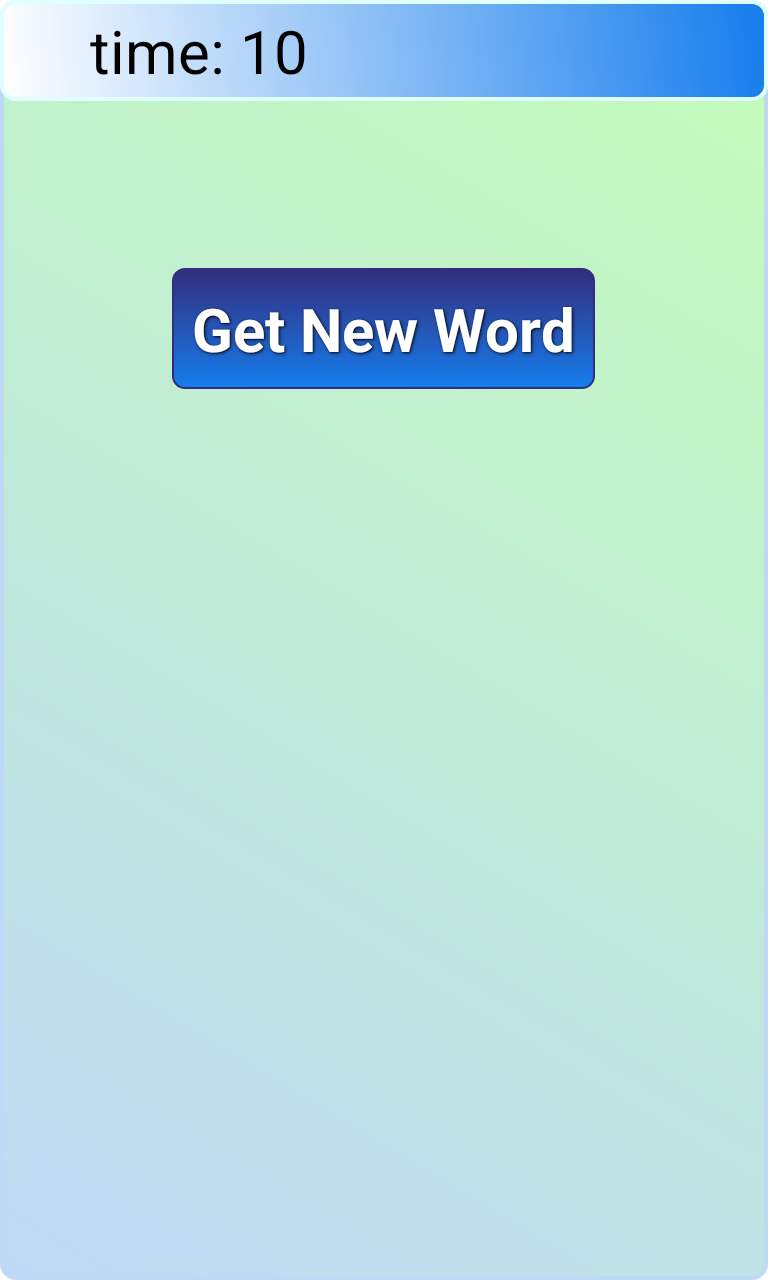
Repository: tvergilio/android
Layout: GoogleItDb/res/layout/activity_main.xml
An editor plug-in stored every save of this project. The layout is shown before and after the next save, followed by the edit.
It is drawn on a 768 x 1280 px phone screen (xhdpi) without system bars, with theme AppTheme; the app's code is not run. Lists and similar views that code fills are empty.

Above is the layout before, as saved 2014-02-15 23:46:36.

After the next save:
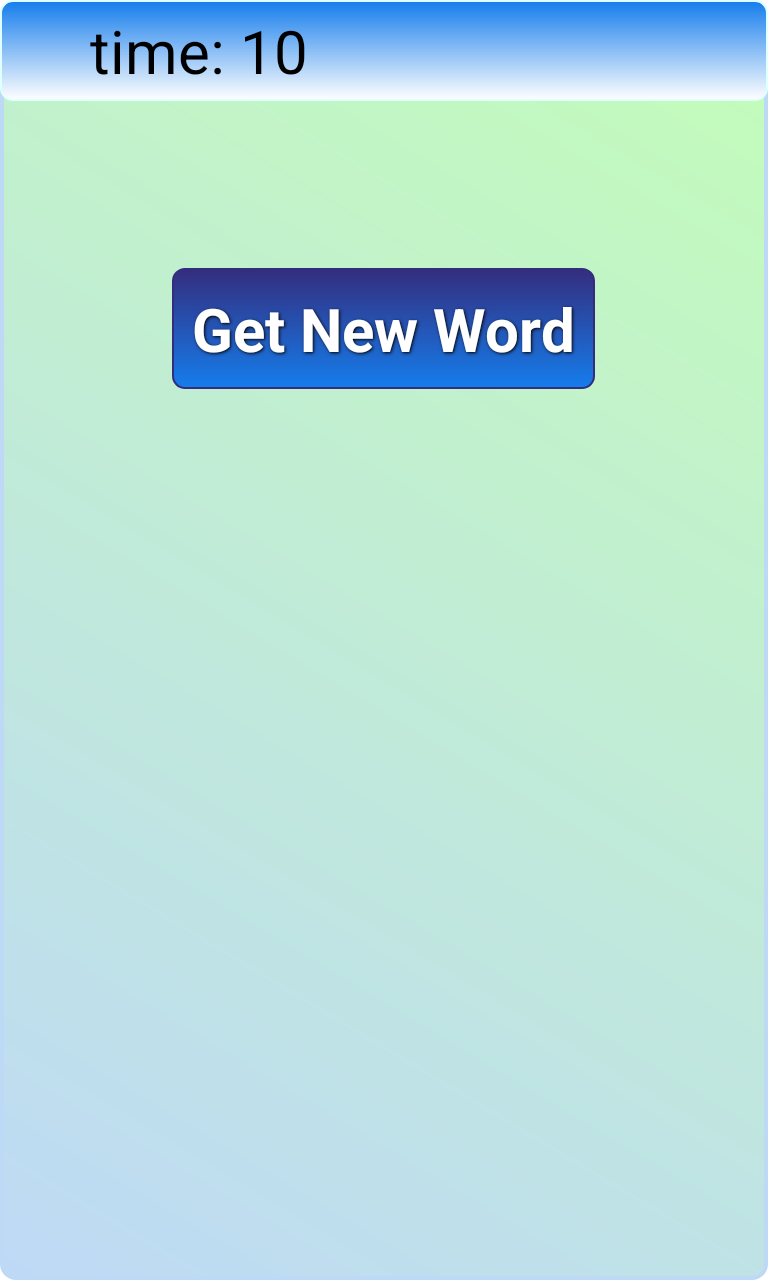
Saved 3 min 48 s later.
--- a/GoogleItDb/res/drawable-hdpi/rectangle_blue.xml
+++ b/GoogleItDb/res/drawable-hdpi/rectangle_blue.xml
@@ -1,11 +1,11 @@
 <?xml version="1.0" encoding="utf-8"?>
 <shape xmlns:android="http://schemas.android.com/apk/res/android"
          android:shape="rectangle">
-     <stroke android:width="2dp" android:color="@color/light_cyan" />
+     <stroke android:width="1dp" android:color="@color/light_cyan" />
      <gradient android:startColor="@color/blue_dress" android:endColor="@color/white"
-            android:angle="225"/>
+            android:angle="270"/>
 
-    <corners android:bottomRightRadius="7dp" android:bottomLeftRadius="7dp"
-     android:topLeftRadius="7dp" android:topRightRadius="7dp"/>
+    <corners android:bottomRightRadius="6dp" android:bottomLeftRadius="6dp"
+     android:topLeftRadius="6dp" android:topRightRadius="6dp"/>
 
 </shape>
